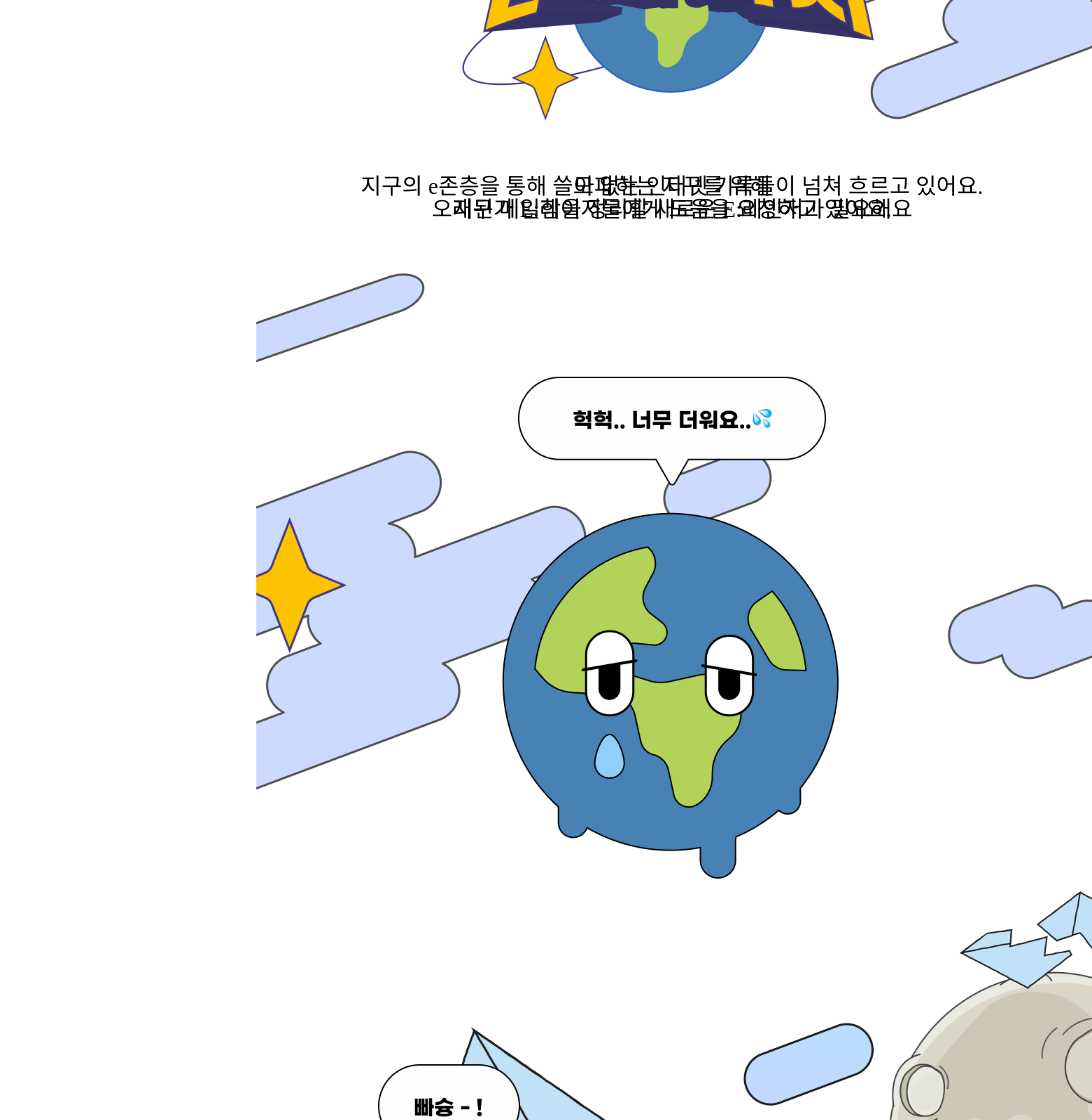
Repository: Sopkathon-30th-2/frontend
Page: /
The author's editor kept a copy of each file at every save. The page is drawn from the files as they stood at one save, then again after the next save.
The browser window is 1280 px wide. The page is 1560 px wide, so the pictures cover 1560 px, including what lies to the right of the window. The pictures show the part of the page from y = 346 to 1946 px (the page is 4218 px tall), at 70% of full size.
The project was rebuilt for these pictures with package versions that can differ from the ones it lists, and the page was loaded fresh each time. Also part of the build but not shown: src/components/common/ErrorBoundary.jsx, src/components/common/ErrorComponent.jsx, src/components/common/Loading.jsx, src/utils/wrapPromise.js, src/lib/index.js, src/pages/Sample.jsx, src/pages/ResultPage.jsx, src/components/common/Header.jsx and 1 more.

Above is the page before, as saved 2022-05-22 06:33:46.

After the next save:
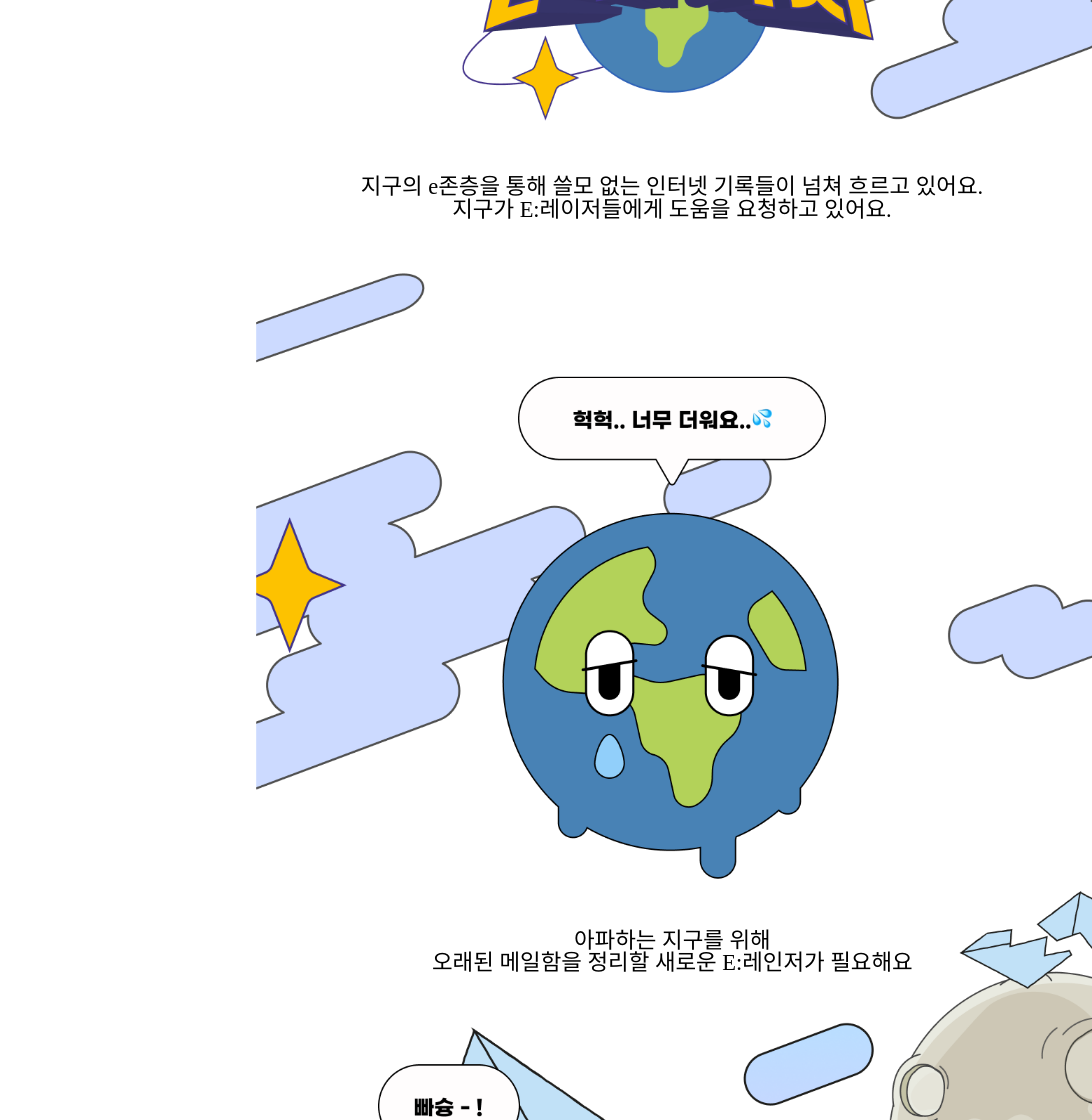
Saved 2 min 57 s later.
--- a/src/pages/MainPage.jsx
+++ b/src/pages/MainPage.jsx
@@ -32,12 +32,22 @@
   text-align: center;
   z-index: 1;
 `;
-const MainContent = styled.div`
+const MainContent_first = styled.div`
   position: absolute;
-  width: 93.4rem;
+  width: 72.3rem;
   height: 7.4rem;
-  margin-top: 59.6rem;
-  margin-left: 49.3rem;
+  margin-top: 167.3rem;
+  margin-left: 59.9rem;
+  font-size: 3.2rem;
+  text-align: center;
+  z-index: 1;
+`;
+const MainContent_second = styled.div`
+  position: absolute;
+  width: 52.6rem;
+  height: 7.4rem;
+  margin-top: 263.2rem;
+  margin-left: 69.7rem;
   font-size: 3.2rem;
   text-align: center;
   z-index: 1;
@@ -64,9 +74,13 @@
         지구의 e존층을 통해 쓸모 없는 인터넷 기록들이 넘쳐 흐르고 있어요. <br /> 지구가 E:레이저들에게 도움을 요청하고
         있어요.
       </HeaderContent>
-      <MainContent>
+      <MainContent_first>
         아파하는 지구를 위해 <br /> 오래된 메일함을 정리할 새로운 E:레인저가 필요해요
-      </MainContent>
+      </MainContent_first>
+      <MainContent_second>
+        E-레인저가 되어 e메일함을 정리하고
+        <br /> 지구를 지켜봐요
+      </MainContent_second>
       <GoogleLogin
         buttonText="구글계정으로 로그인"
         clientId={clientId}
